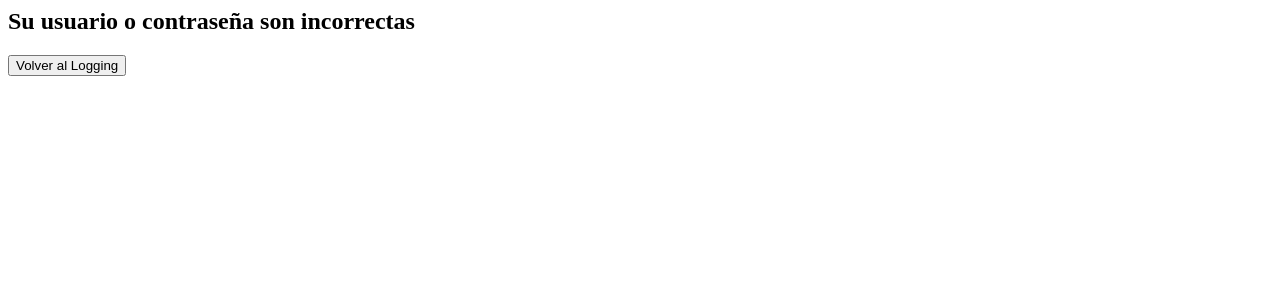
Repository: felipeverdugo/Java-y-Aplicaciones-Avanzadas-sobre-Internet
Page: http://localhost/Practica1Web40/LoginUsr
The author's editor kept a copy of each file at every save. The page is drawn from the files as they stood at one save, then again after a run of saves.
The browser window is 1280 px wide. The pictures show the whole page.
The page is served by Tomcat 10. Other server files are loaded and not shown.

Above is the page before, as saved 2024-03-20 13:30:37.

### work/Practica1Web40/src/main/java/misServlets/LoginUsr.java
package misServlets;

import java.io.IOException;
import java.io.PrintWriter;
import java.util.ArrayList;
import java.util.List;

import jakarta.servlet.ServletException;
import jakarta.servlet.annotation.WebServlet;
import jakarta.servlet.http.HttpServlet;
import jakarta.servlet.http.HttpServletRequest;
import jakarta.servlet.http.HttpServletResponse;

/**
 * Servlet implementation class LoginUsr
 */
@WebServlet("/LoginUsr")
public class LoginUsr extends HttpServlet {
	private List<String> usrNames;
	private List<String> passWords;
	private static final long serialVersionUID = 1L;

    /**
     * Default constructor.
     */
    public LoginUsr() {
        // TODO Auto-generated constructor stub

    }

	/**
	 * @see HttpServlet#doGet(HttpServletRequest request, HttpServletResponse response)
	 */
	protected void doGet(HttpServletRequest request, HttpServletResponse response) throws ServletException, IOException {
		// TODO Auto-generated method stub
		inicializarUsuarios();

		String user = request.getParameter("user");
		String pass = request.getParameter("pass");


		PrintWriter out=response.getWriter();
		response.setContentType("text/html");


			if (cheaquearContraseña(verificarUsuario(user),pass) ) {

				out.println("<html>");
				out.println("<head>");
				out.println("<title>Usuario Valido </title>");
				out.println("</head>");
				out.println("<body>");
				out.println("<center><h1>Bienvenido " + user  + "</h1></center>");
				out.println("</body>");
				out.println("</html>");
				out.close();

			} else {
				out.println("<html>");
				out.println("<head>");
				out.println("<title>Usuario Invalido </title>");
				out.println("</head>");
				out.println("<body>");
				out.println("<h2>Su usuario o contraseña son incorrectas </h2>");
			    out.println("<button onclick=\"window.location.href='otra_pagina.html';\">Volver al Logging</button>");
				out.println("</body>");
				out.println("</html>");
				out.close();
			}

















		response.getWriter().append("Served at: ").append(request.getContextPath());



	}

	private boolean cheaquearContraseña(int indexUser, String pass) {
		// TODO Auto-generated method stub
		if (indexUser != -1) {
			return passWords.get(indexUser).equals(pass);
		}
		return false;
	}

	private int verificarUsuario(String user) {

		return usrNames.indexOf(user);
	}

	/**
	 * @see HttpServlet#doPost(HttpServletRequest request, HttpServletResponse response)
	 */

	protected void inicializarUsuarios() {
    	this.passWords = new ArrayList<String>();
    	this.usrNames = new ArrayList<String>();
		usrNames.add("usuario1");
		usrNames.add("usuario2");
		usrNames.add("usuario3");
		usrNames.add("usuario4");
		passWords.add("1234");
		passWords.add("4567");
		passWords.add("123");
		passWords.add("000");

	}

	protected void doPost(HttpServletRequest request, HttpServletResponse response) throws ServletException, IOException {
		// TODO Auto-generated method stub




		doGet(request, response);
	}

}

After the next 2 saves:
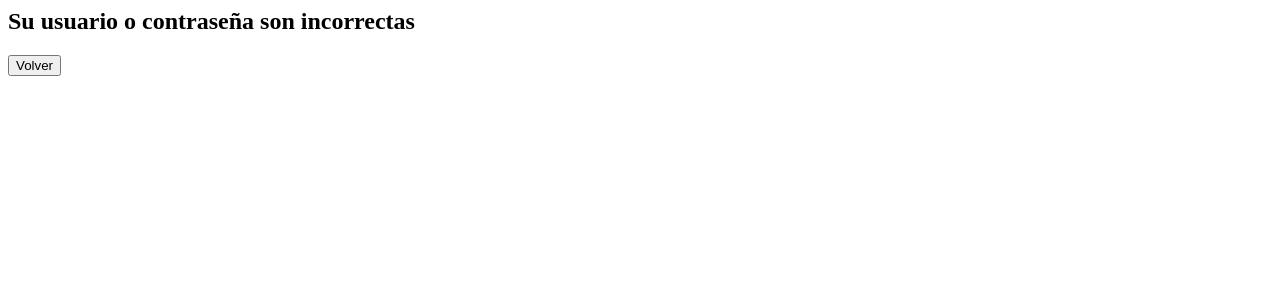
The 2 saves are shown as one change because they came seconds apart.
The last was saved 22 s later.
--- a/work/Practica1Web40/src/main/java/misServlets/LoginUsr.java
+++ b/work/Practica1Web40/src/main/java/misServlets/LoginUsr.java
@@ -62,7 +62,7 @@ public class LoginUsr extends HttpServlet {
 				out.println("</head>");
 				out.println("<body>");
 				out.println("<h2>Su usuario o contraseña son incorrectas </h2>");
-			    out.println("<button onclick=\"window.location.href='otra_pagina.html';\">Volver al Logging</button>");
+			    out.println("<button onclick=\"window.location.href='login.html';\">Volver</button>");
 				out.println("</body>");
 				out.println("</html>");
 				out.close();
